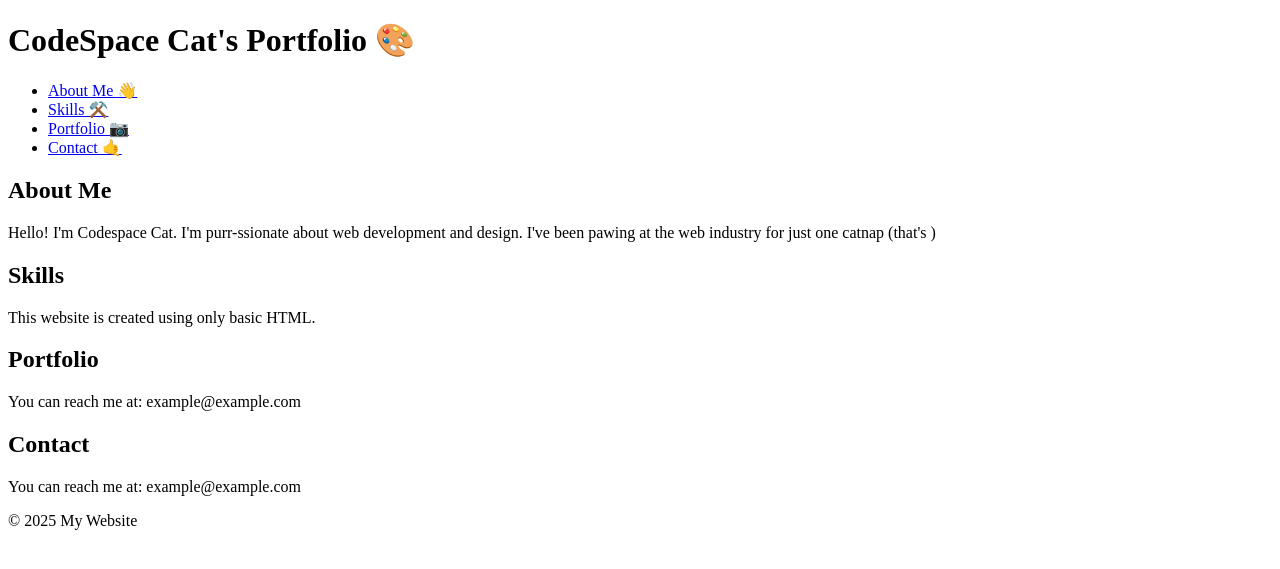
Repository: andajonas/Module_04_ANDJON25111_fto2502_A2_Anda-Jonas_SDF02
Page: index.html
An editor plug-in stored every save of this project. The page is shown before and after the next save, followed by the edit.
The browser window is 1280 px wide. The pictures show the whole page.

Above is the page before, as saved 2025-03-05 09:08:32.

### index.html
<!DOCTYPE html>
<html>
<head>
    <title>CodeSpace Cat's Portfolio</title>
</head>
<body>
    <header>
        <h1>CodeSpace Cat's Portfolio 🎨</h1>
    </header>
    <nav>
        <ul>
            <li><a href="#about me">About Me 👋</a></li>
            <li><a href="#skills">Skills ⚒️</a></li>
            <li><a href="#portfolio">Portfolio 📷</a></li>
            <li><a href="#contact">Contact 🤙</a></li>
        </ul>
    </nav>
    <section id="about me">
        <h2>About Me</h2>
        <p>Hello! I'm Codespace Cat. I'm purr-ssionate about web development and design. I've been pawing at the web industry for just one catnap (that's ) </p>
    </section>
    <section id="skills">
        <h2>Skills</h2>
        <p>This website is created using only basic HTML.</p>
    </section>
    <section id="portfolio">
        <h2>Portfolio</h2>
        <p>You can reach me at: example@example.com</p>
    </section>
    <section id="contact">
        <h2>Contact</h2>
        <p>You can reach me at: example@example.com</p>
    <footer>
        <p>&copy; 2025 My Website</p>
    </footer>
</body>
</html>

After the next save:
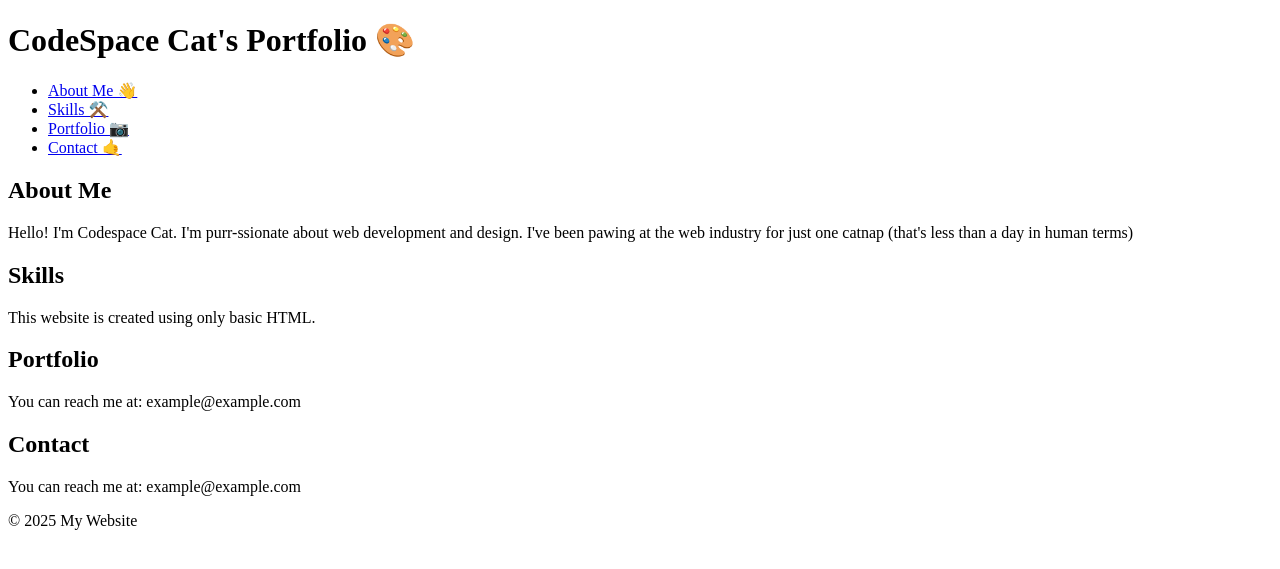
Saved 8 s later.
--- a/index.html
+++ b/index.html
@@ -17,7 +17,7 @@
     </nav>
     <section id="about me">
         <h2>About Me</h2>
-        <p>Hello! I'm Codespace Cat. I'm purr-ssionate about web development and design. I've been pawing at the web industry for just one catnap (that's ) </p>
+        <p>Hello! I'm Codespace Cat. I'm purr-ssionate about web development and design. I've been pawing at the web industry for just one catnap (that's less than a day in human terms) </p>
     </section>
     <section id="skills">
         <h2>Skills</h2>
